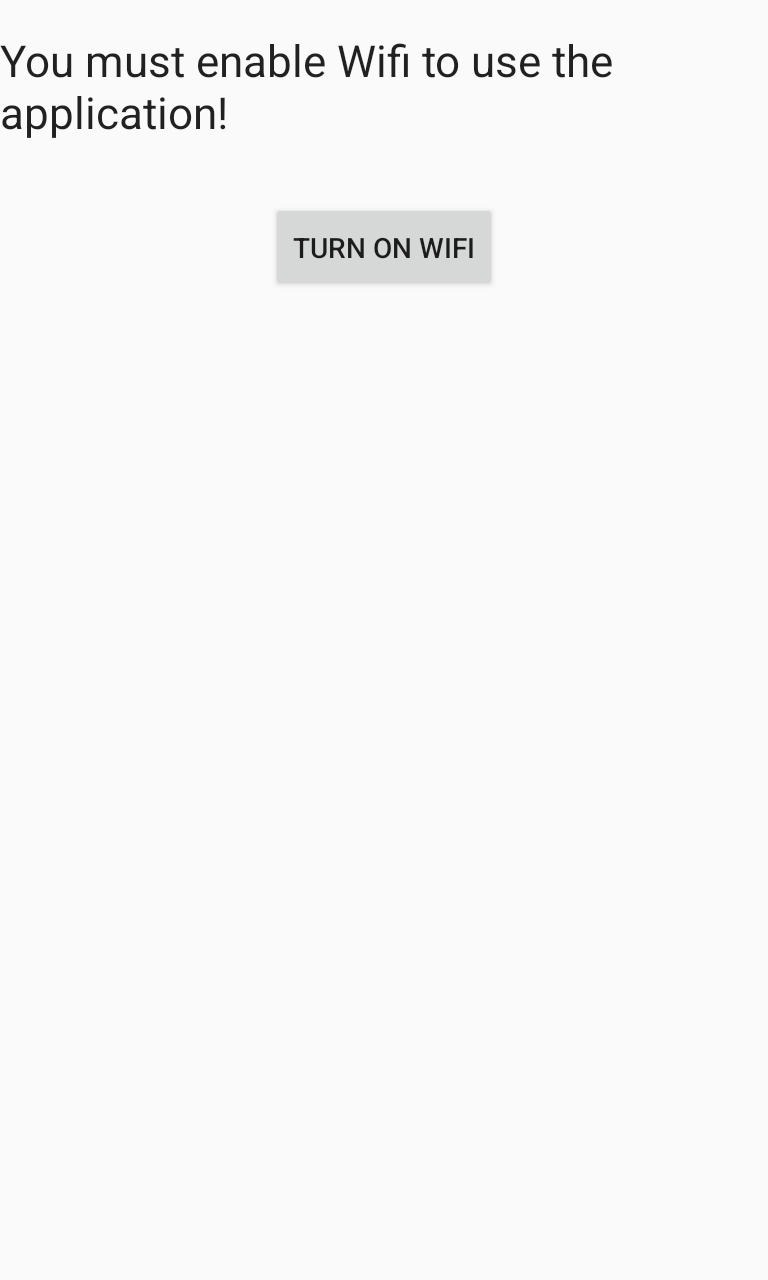
Repository: mariusz-pazur/android
Layout: HomeAtionClient/res/layout/activity_connection_error.xml
The author's editor kept a copy of each file at every save. The layout is drawn from the files as they stood at one save, then again after the next save.
It is drawn on a 768 x 1280 px phone screen (xhdpi) without system bars, with theme AppTheme; the app's code is not run.

Above is the layout before, as saved 2014-06-12 07:59:10.

After the next save:
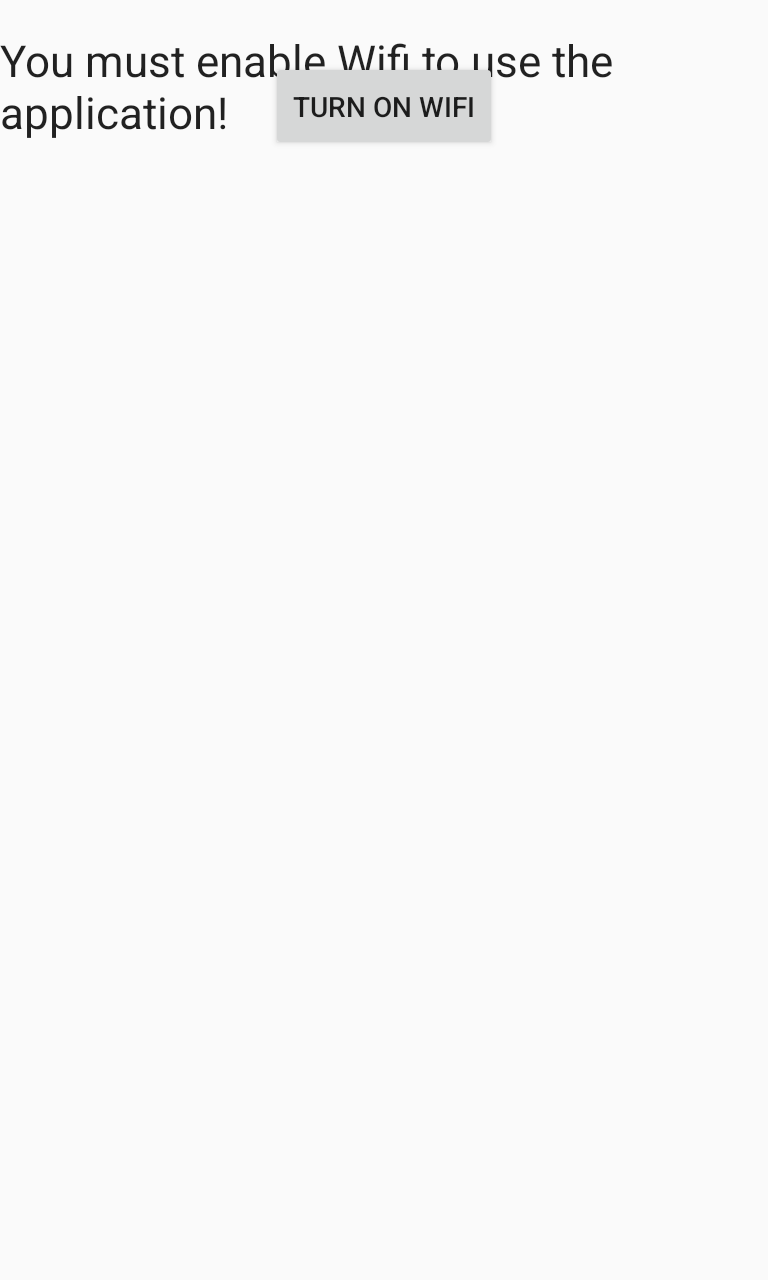
Saved 84 s later.
--- a/HomeAtionClient/res/layout/activity_connection_error.xml
+++ b/HomeAtionClient/res/layout/activity_connection_error.xml
@@ -4,7 +4,7 @@
     android:layout_height="match_parent" >
 
     <TextView
-        android:id="@+id/textView_power_strip_name"
+        android:id="@+id/textView_info"
         android:layout_width="wrap_content"
         android:layout_height="wrap_content"
         android:layout_alignParentLeft="true"

After the save that followed:
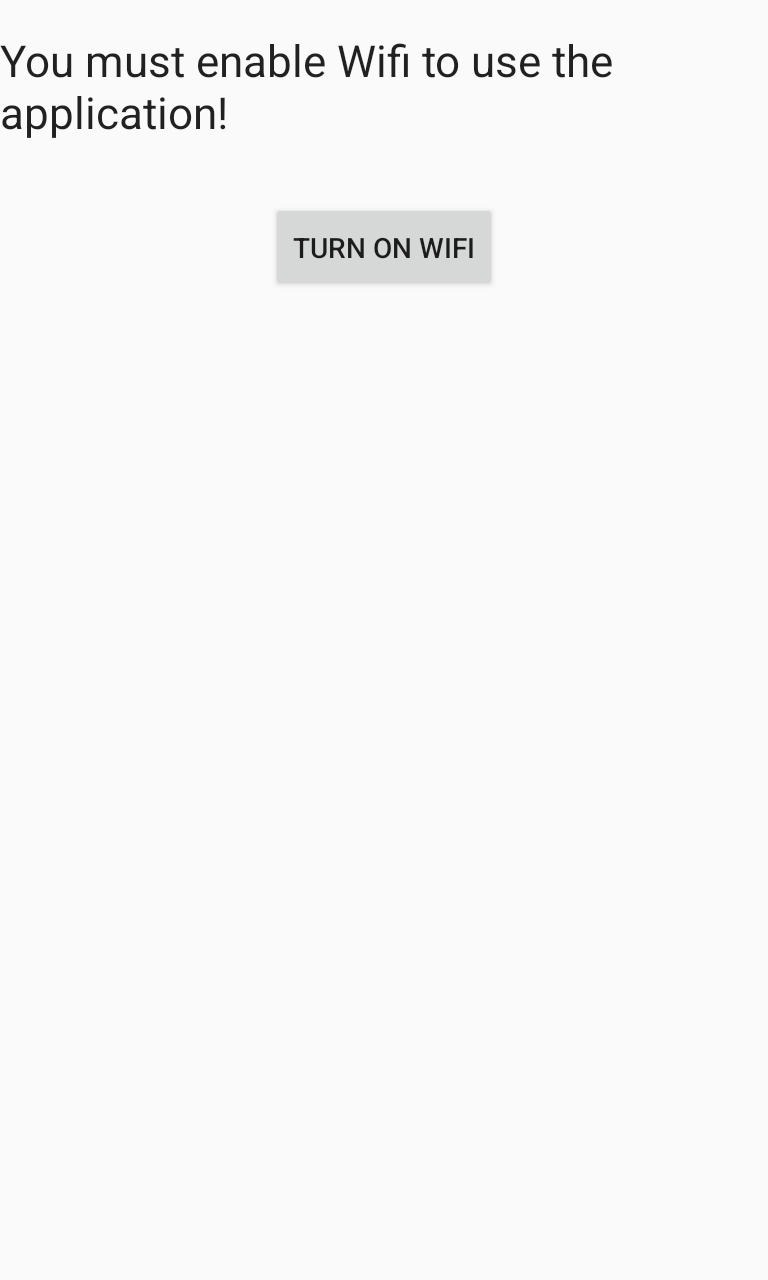
Saved 37 s later.
--- a/HomeAtionClient/res/layout/activity_connection_error.xml
+++ b/HomeAtionClient/res/layout/activity_connection_error.xml
@@ -17,7 +17,7 @@
         android:id="@+id/button_turn_wifi_on"
         android:layout_width="wrap_content"
         android:layout_height="wrap_content"
-        android:layout_below="@+id/textView_power_strip_name"
+        android:layout_below="@+id/textView_info"
         android:layout_centerHorizontal="true"
         android:layout_marginTop="29dp"
         android:text="@string/button_turn_wifi_on" />
